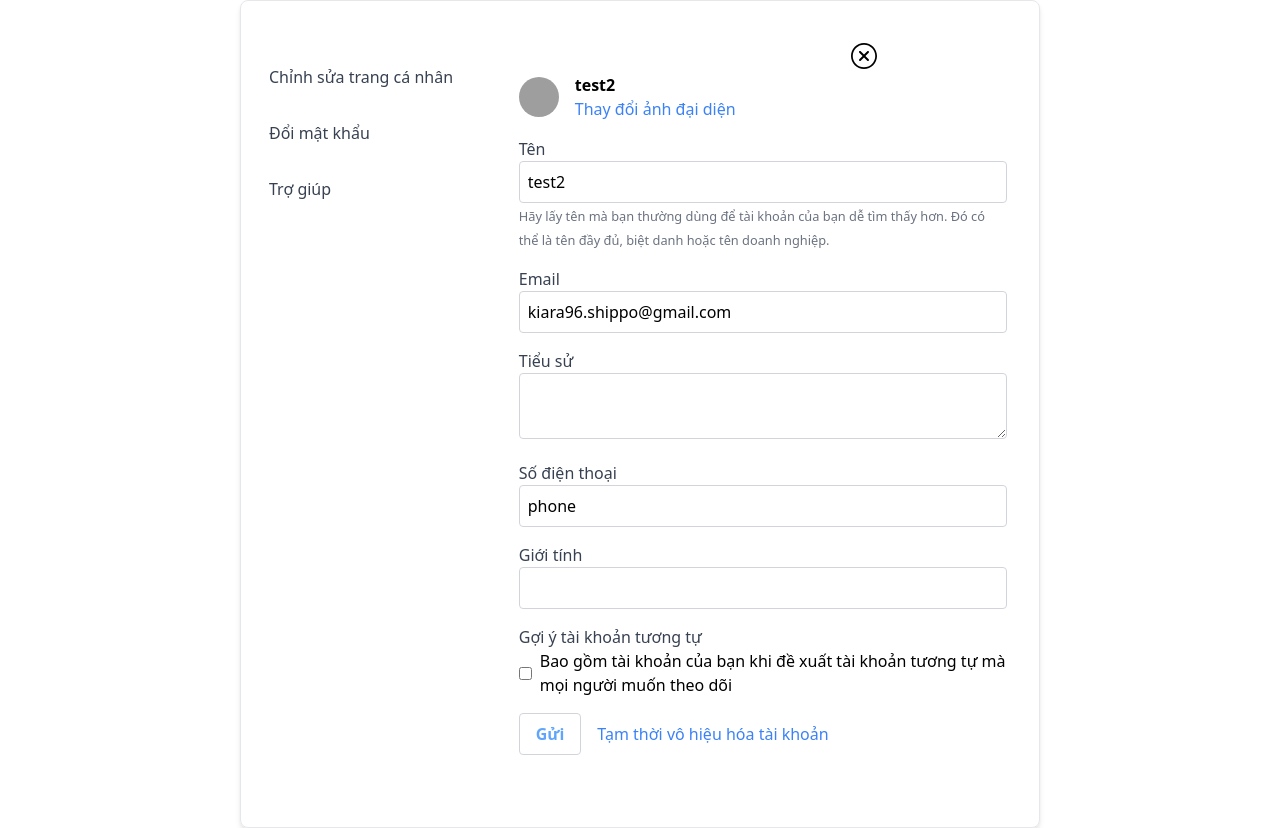
Repository: DangNgocDuong250903/2425_CS445AC_NHOM1
Page: /update_user (app in social_fe/)
These files come from the project's save history. The page is drawn as it stood at one moment and after the next save; the edit follows.
The browser window is 1280 px wide. The pictures show the whole page.
Pictures or frames that could not be fetched are drawn as grey boxes. The project was rebuilt for these pictures with package versions that can differ from the ones it lists, and the page was loaded fresh each time. Also part of the build but not shown: social_fe/vite.config.js, social_fe/src/components/Button/index.jsx, social_fe/src/assets/index.js, social_fe/src/components/FriendCard/index.jsx, social_fe/src/components/Loading/index.jsx, social_fe/src/components/PostCard/index.jsx, social_fe/src/components/ProfileCard/index.jsx, social_fe/src/components/TextInput/index.jsx and 8 more.

Above is the page before, as saved 2024-11-05 16:04:01.

After the next save:
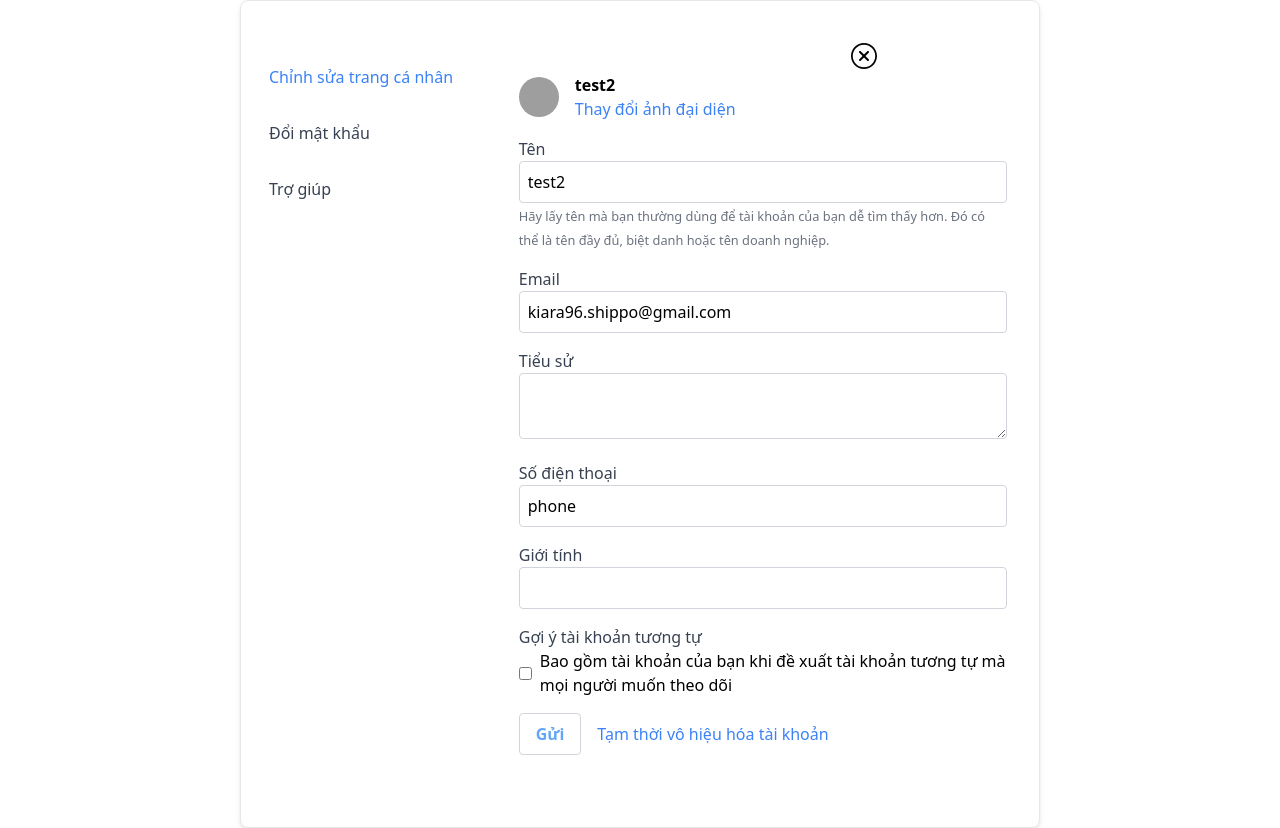
Saved 4 s later.
--- a/social_fe/src/pages/ProfilePage/updateUser.jsx
+++ b/social_fe/src/pages/ProfilePage/updateUser.jsx
@@ -3,7 +3,7 @@ import { Link, useNavigate } from 'react-router-dom';
 import { IoIosCloseCircleOutline } from "react-icons/io";
 
 const UpdateUser = () => {
-    const [selectedLink, setSelectedLink] = useState(null);
+    const [selectedLink, setSelectedLink] = useState(1);
     const navigate = useNavigate()
     const handleLinkClick = (linkIndex) => {
         setSelectedLink(linkIndex);
